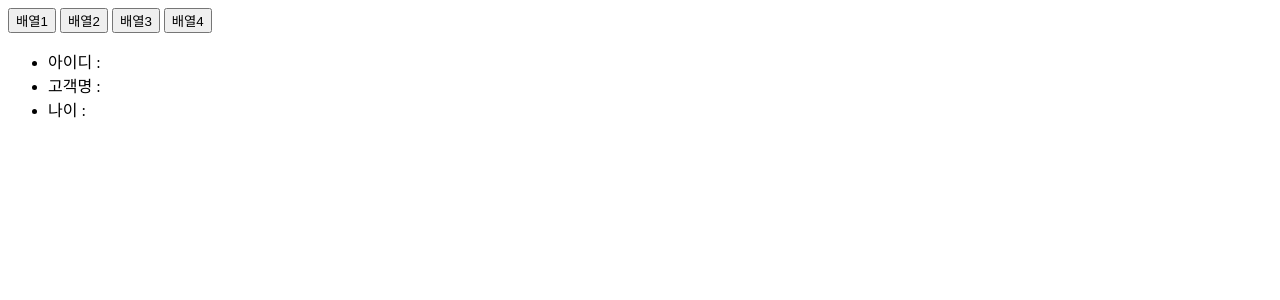
Repository: sagong0/servlet
Page: web/src/main/webapp/array1.html
An editor plug-in stored every save of this project. The page is shown before and after the next save, followed by the edit.
The browser window is 1280 px wide. The pictures show the whole page.
After loading, the first visible `input[onclick="bbb()"]` was clicked once.

Above is the page before, as saved 2023-08-09 03:12:39.

After the next save:
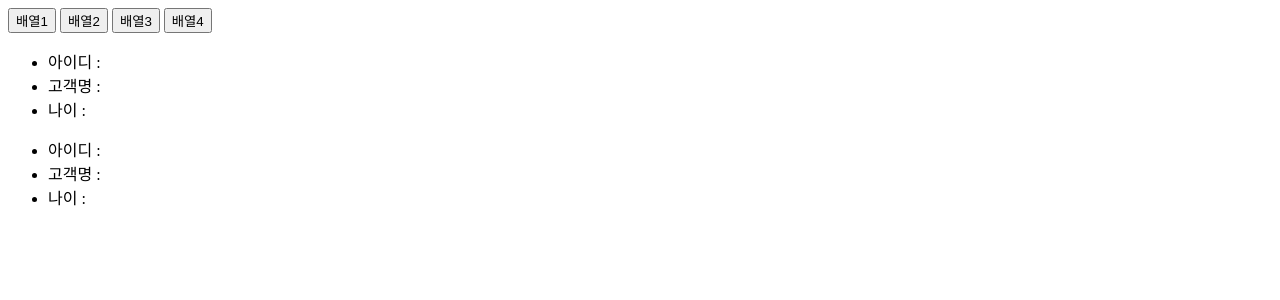
Saved 14 s later.
--- a/web/src/main/webapp/array1.html
+++ b/web/src/main/webapp/array1.html
@@ -52,7 +52,7 @@
 		var html = document.getElementById("box");
 		while(w < ea){
 			//console.log(data["myinfo"][w]["name"]);
-			html.innerHTML=`
+			html.innerHTML += `
 				<ul>
 					<li>아이디 : </li>
 					<li>고객명 : </li>
